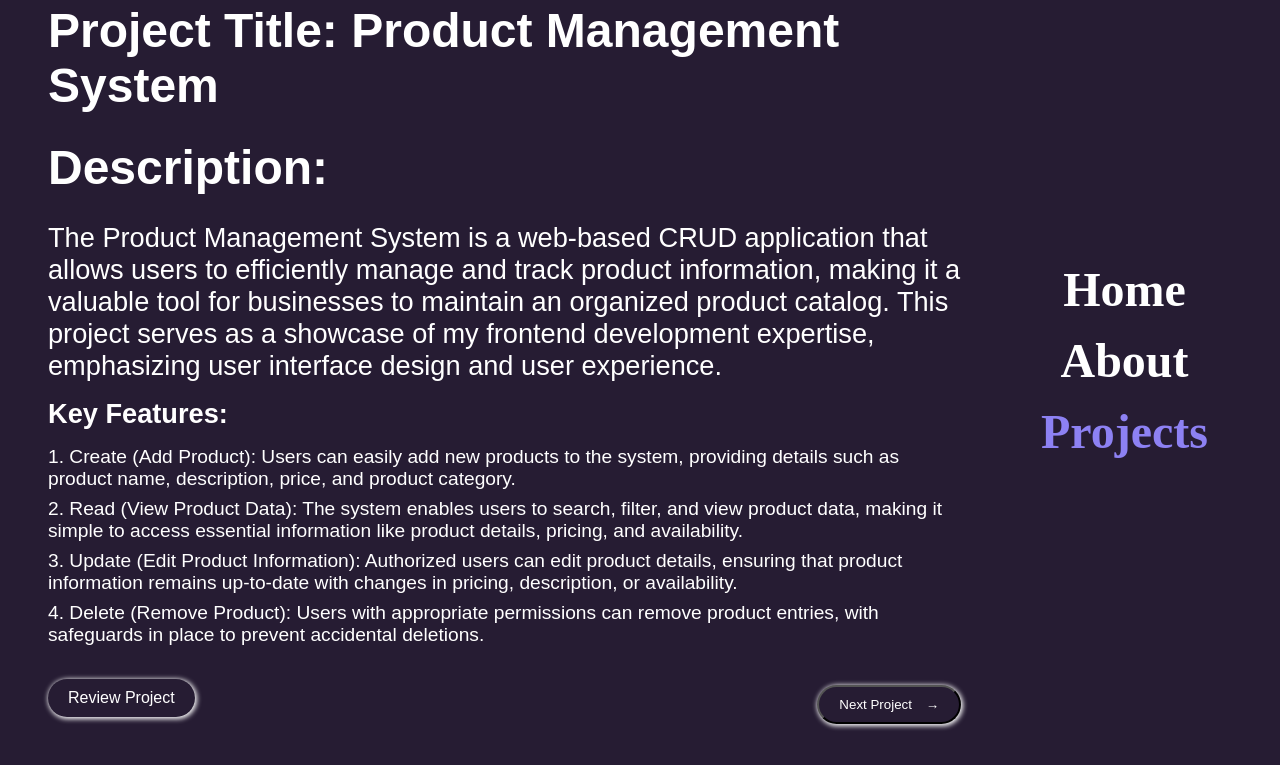
Repository: ahamdy997/portfolio
Page: /projects
These files come from the project's save history. The page is drawn as it stood at one moment and after the next save; the edit follows.
The browser window is 1280 px wide. The pictures show the whole page.
The pointer rests on the first visible `button`.
The project was rebuilt for these pictures with package versions that can differ from the ones it lists, and the page was loaded fresh each time. Also part of the build but not shown: vue.config.js, src/components/HelloWorld.vue, src/views/HomeView.vue.

Above is the page before, as saved 2023-11-06 01:10:50.

After the next save:
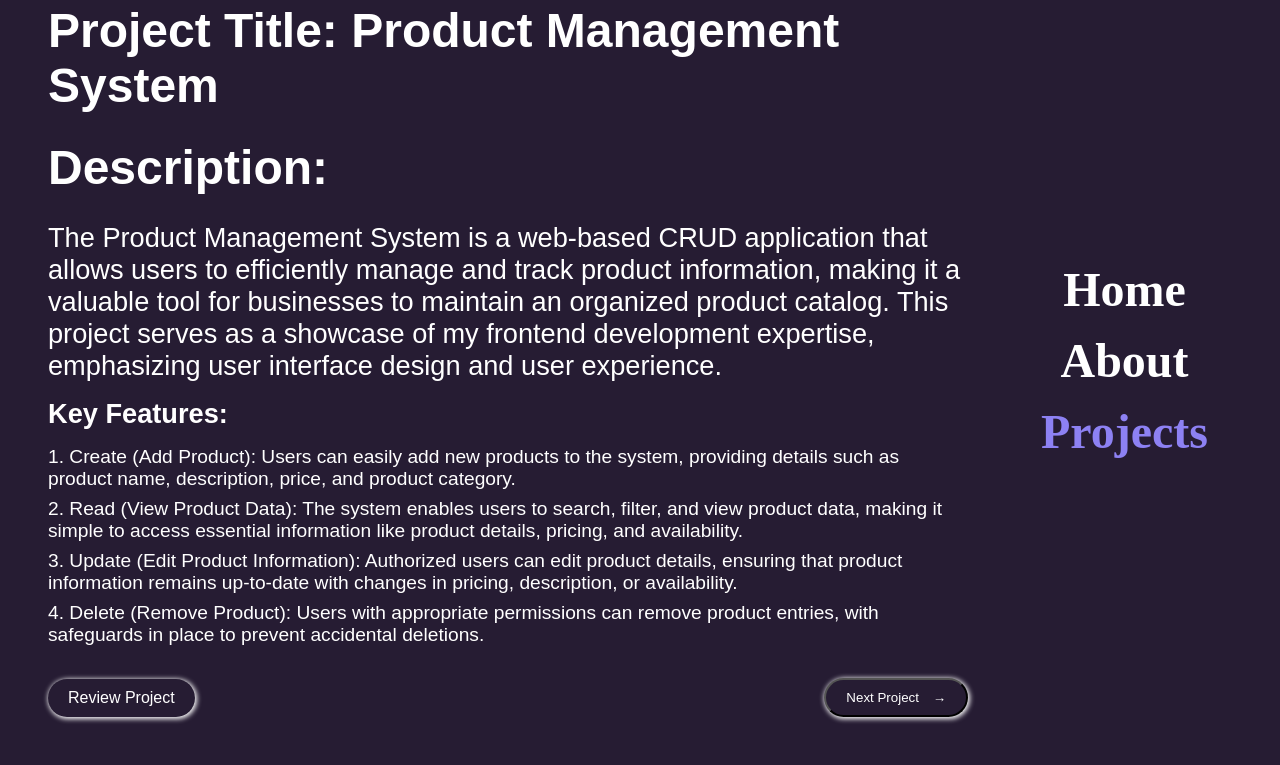
Saved 16 s later.
--- a/src/views/ProjectView.vue
+++ b/src/views/ProjectView.vue
@@ -84,7 +84,7 @@ a {
   transition: all 0.5s;
 }
 button:hover {
-  transform: translateY(7px);
+  transform: translateX(7px);
 }
 span {
   margin-left: 10px;
